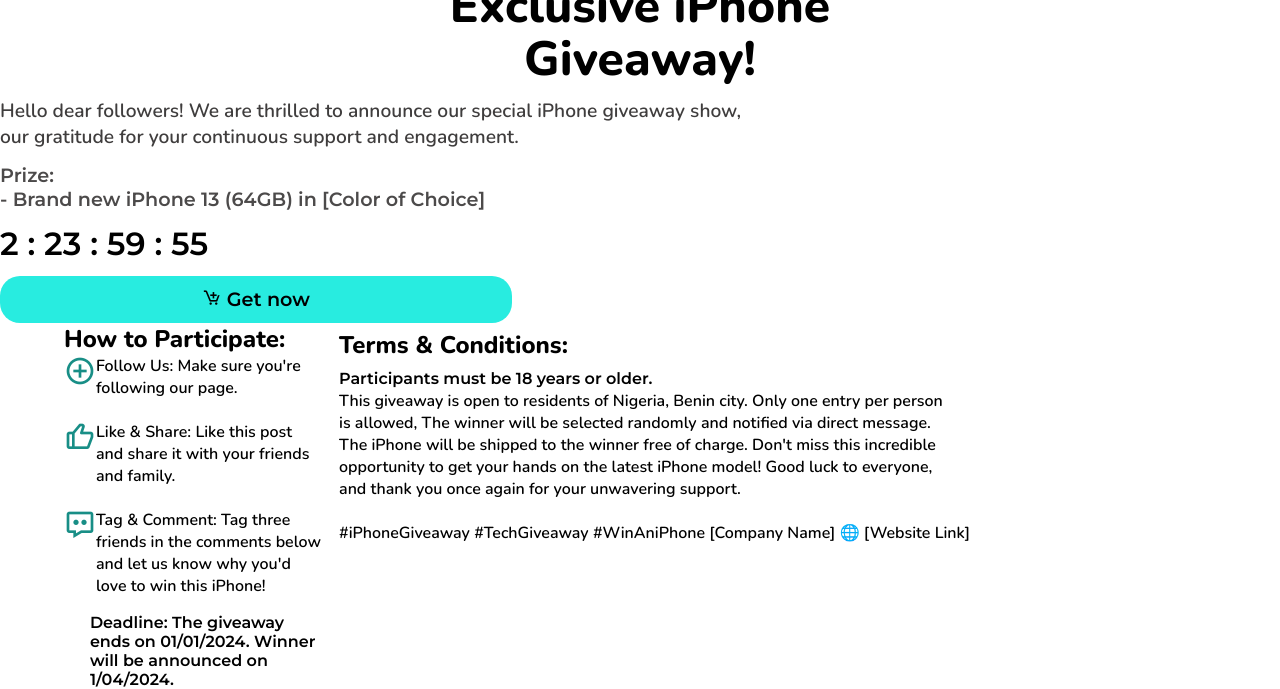
Repository: pasafista/freebie-iphone-webpage
Page: index.html
An editor plug-in stored every save of this project. The page is shown before and after a run of saves, followed by the edit.
The browser window is 1280 px wide. The pictures show the part of the page from y = 792 to 1481 px (the page is 1481 px tall before and 1446 px after).
A picture or video elsewhere on the page could not be fetched, so the positions and the page height are approximate.

Above is the page before, as saved 2024-01-02 00:42:57.

### index.html
<!DOCTYPE html>
<html lang="en">
  <head>
    <meta charset="UTF-8" />
    <title>Three-Day Timer</title>
    <link
      href="https://unpkg.com/boxicons@2.1.4/css/boxicons.min.css"
      rel="stylesheet"
    />
    <link rel="preconnect" href="https://fonts.googleapis.com" />
    <link rel="preconnect" href="https://fonts.gstatic.com" crossorigin />
    <link
      href="https://fonts.googleapis.com/css2?family=Montserrat:wght@600&family=Nunito:wght@600;800&display=swap"
      rel="stylesheet"
    />
    <link rel="stylesheet" href="style.css" />
    <script src="script.js"></script>
  </head>
  <body>
    <section class="main">

      <div class="hero-image-container">
        <img
          src="https://i.pinimg.com/474x/2d/cf/68/2dcf689ceba46c826341fbc847af2764.jpg"
          class="hero-image"
        />
      </div>

      <div class="hero-txt">
        <h1>Exclusive <span class="h1">iPhone</span> <br />Giveaway!</h1>
        <div class="top">
          Hello dear followers! We are thrilled to announce our special iPhone
          giveaway show,
          <br />
          our gratitude for your continuous support and engagement.
        </div>
        <div class="bottom">
          Prize:<br />- Brand new iPhone 13 (64GB) in [Color of Choice]
        </div>
        <div class="timer" id="timer">
          <span class="days">3</span> : <span class="hours">00</span> :
          <span class="minutes">00</span> :
          <span class="seconds">00</span>
        </div>

        <button><i class="bx bx-cart-add"></i> Get now</button>
      </div>

    </section>
    <section class="foot">
      <div class="Participate">
        <h1>How to Participate:</h1>
        <ul>
          <li>
            <i class="bx bx-plus-circle"></i> Follow Us: Make sure you're
            following our page.
          </li>
          <br />
          <li>
            <i class="bx bx-like"></i> Like & Share: Like this post and share it
            with your friends and family.
          </li>
          <br />
          <li>
            <i class="bx bx-message-dots"></i>Tag & Comment: Tag three friends
            in the comments below and let us know why you'd love to win this
            iPhone!
          </li>
        </ul>
        <div class="info2">
          <!-- The content will be dynamically updated by JavaScript -->
        </div>
      </div>
      <div class="TC">
        <h1>Terms & Conditions:</h1>
        <p class="para">
          <span class="tiny"> Participants must be 18 years or older. </span
          ><br />
        </p>
        <div class="para-block">
          This giveaway is open to residents of Nigeria, Benin city. Only one
          entry per person is allowed, The winner will be selected randomly and
          notified via direct message. The iPhone will be shipped to the winner
          free of charge. Don't miss this incredible opportunity to get your
          hands on the latest iPhone model! Good luck to everyone, and thank you
          once again for your unwavering support.
        </div>
        <br />
        #iPhoneGiveaway #TechGiveaway #WinAniPhone [Company Name] 🌐 [Website
        Link]
      </div>
    </section>
  </body>
</html>

### style.css
* {
  margin: 0;
  padding: 0;
  box-sizing: border-box;
}

.main {
  display: flex;
  flex-direction: row-reverse;
  align-items: center;
  margin: auto;
}

.hero-image-container {
  width: 40%;
} /* this is a div class name for the hero image, i used this to create a flexbox */

.hero-image {
  width: 100%;
} /*this is the hero image, it is set to 100% so that the image will occupy the space available in the hero image container*/

.hero-txt {
  width: 50%;
  display: flex;
  flex-direction: column;
  justify-content: center;
  align-items: left;
  gap: 0.8em;
}

.hero-txt h1 {
  font-size: 3rem;
  font-family: "Nunito", sans-serif;
  line-height: 1.1em;
}

.h1:hover {
  color: #28ece0;
  cursor: pointer;
}

.top {
  font-size: 1.2rem;
  font-family: "Nunito", sans-serif;
  color: rgb(63, 61, 61);
}

.bottom {
  font-size: 1.2rem;
  font-family: "Montserrat", sans-serif !important;
  color: rgb(76, 74, 74);
}

button {
  width: 40%;
  padding: 0.6em 0.01em;
  font-size: 1.2em;
  border-radius: 20px;
  font-family: "Montserrat", sans-serif !important;
  border: none;
  outline: none;
  background-color: #28ece0;
}

button:hover {
  cursor: pointer;
  box-shadow: 5px 5px 0px 2px #082f2d;
}

.timer {
  font-family: "Montserrat", sans-serif !important;
  font-size: 2rem;
}

.foot {
  display: flex;
  width: 90%;
  margin: auto;
  gap: 1em;
}

.Participate {
  font-family: "Nunito", sans-serif;
  display: flex;
  flex-direction: column;
}

.info2 {
  margin-top: 1em;
  font-family: "Montserrat", sans-serif !important;
  width: 90%;
  align-self: flex-end;
}

ul li {
  display: flex;
  font-weight: 600;
}

li i {
  color: #188e86;
  font-size: 2rem;
}

.TC h1 {
  font-family: "Nunito", sans-serif;
  margin-bottom: 0.3em;
}

.tiny {
  font-size: 1rem;
  font-family: "Montserrat", sans-serif;
}

.para-block {
  font-size: 1rem;
  width: 70%;
}

.TC {
  margin-top: 0.4em;
  font-family: "Nunito", sans-serif;
}

@media screen and (max-width:320px), (min-width:480px) {
    .main{
display: flex;
flex-direction: column;

    }

    .hero-image-container{
        width: 80%;
    }

    .hero-image{
        width: 100%;
    }

    .hero-txt{
        width: 100%;
    }

    .hero-txt h1{
        text-align: center;
        text-align: ;
    }
}

### script.js
document.addEventListener('DOMContentLoaded', function() {
    var deadline = new Date();
    deadline.setDate(deadline.getDate() + 3); // Set deadline 3 days from now

    function getTimeRemaining(endtime) {
        var total = Date.parse(endtime) - Date.parse(new Date());
        var seconds = Math.floor((total / 1000) % 60);
        var minutes = Math.floor((total / 1000 / 60) % 60);
        var hours = Math.floor((total / (1000 * 60 * 60)) % 24);
        var days = Math.floor(total / (1000 * 60 * 60 * 24));
        return {
            total,
            days,
            hours,
            minutes,
            seconds
        };
    }

    function initializeClock(id, endtime) {
        var clock = document.getElementById(id);
        var daysSpan = clock.querySelector('.days');
        var hoursSpan = clock.querySelector('.hours');
        var minutesSpan = clock.querySelector('.minutes');
        var secondsSpan = clock.querySelector('.seconds');

        function updateClock() {
            var t = getTimeRemaining(endtime);

            daysSpan.innerHTML = t.days;
            hoursSpan.innerHTML = ('0' + t.hours).slice(-2);
            minutesSpan.innerHTML = ('0' + t.minutes).slice(-2);
            secondsSpan.innerHTML = ('0' + t.seconds).slice(-2);

            if (t.total <= 0) {
                clearInterval(timeinterval);
            }
        }

        updateClock();
        var timeinterval = setInterval(updateClock, 1000);
    }

    initializeClock('timer', deadline);

    // Display today's date and the date 3 days from now
    var today = new Date();
    var dd = String(today.getDate()).padStart(2, '0');
    var mm = String(today.getMonth() + 1).padStart(2, '0'); // January is 0!
    var yyyy = today.getFullYear();
    var threeDaysFromNow = new Date(today);
    threeDaysFromNow.setDate(today.getDate() + 3);

    today = mm + '/' + dd + '/' + yyyy;
    threeDaysFromNow = (threeDaysFromNow.getMonth() + 1) + '/' + String(threeDaysFromNow.getDate()).padStart(2, '0') + '/' + threeDaysFromNow.getFullYear();

    // Update the content of the info2 div
    var info2Div = document.querySelector('.info2');
    info2Div.innerHTML = "Deadline: The giveaway ends on " + today + ". Winner will be announced on " + threeDaysFromNow + ".";
});

After the next 5 saves:
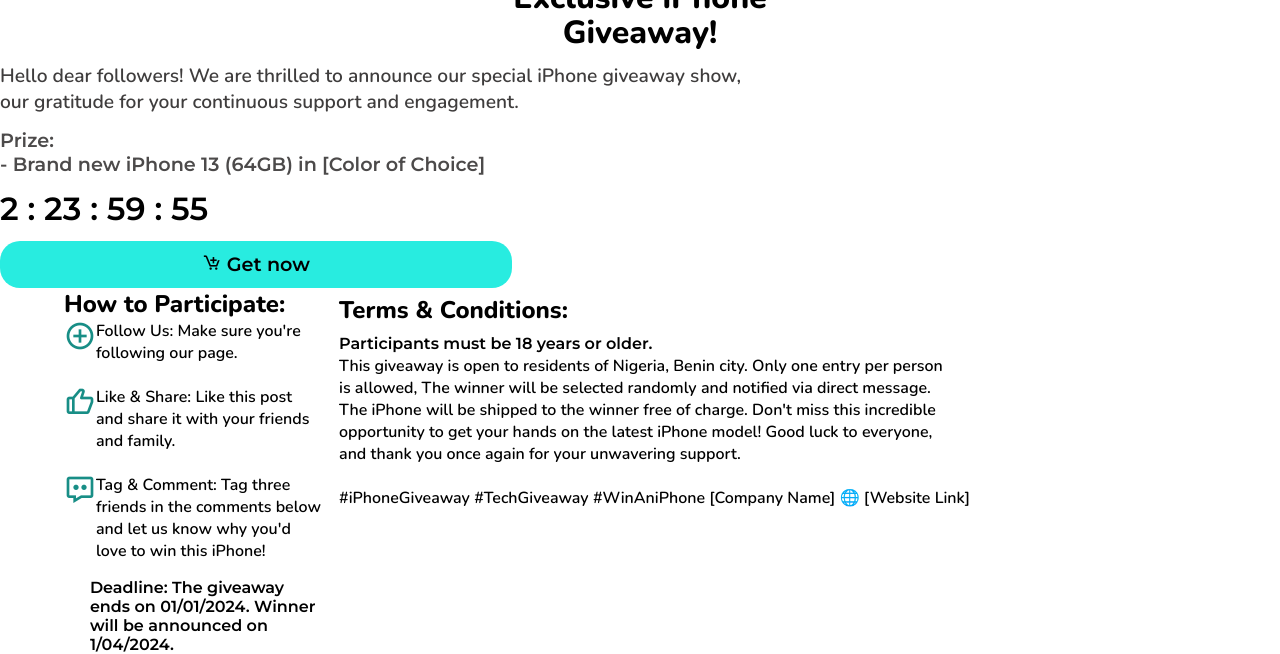
The 5 saves are shown as one change because they came seconds apart.
The last was saved 14 s later.
--- a/style.css
+++ b/style.css
@@ -143,6 +143,6 @@
 
     .hero-txt h1{
         text-align: center;
-        text-align: ;
+        font-size: 2rem;
     }
 }

After the save that followed:
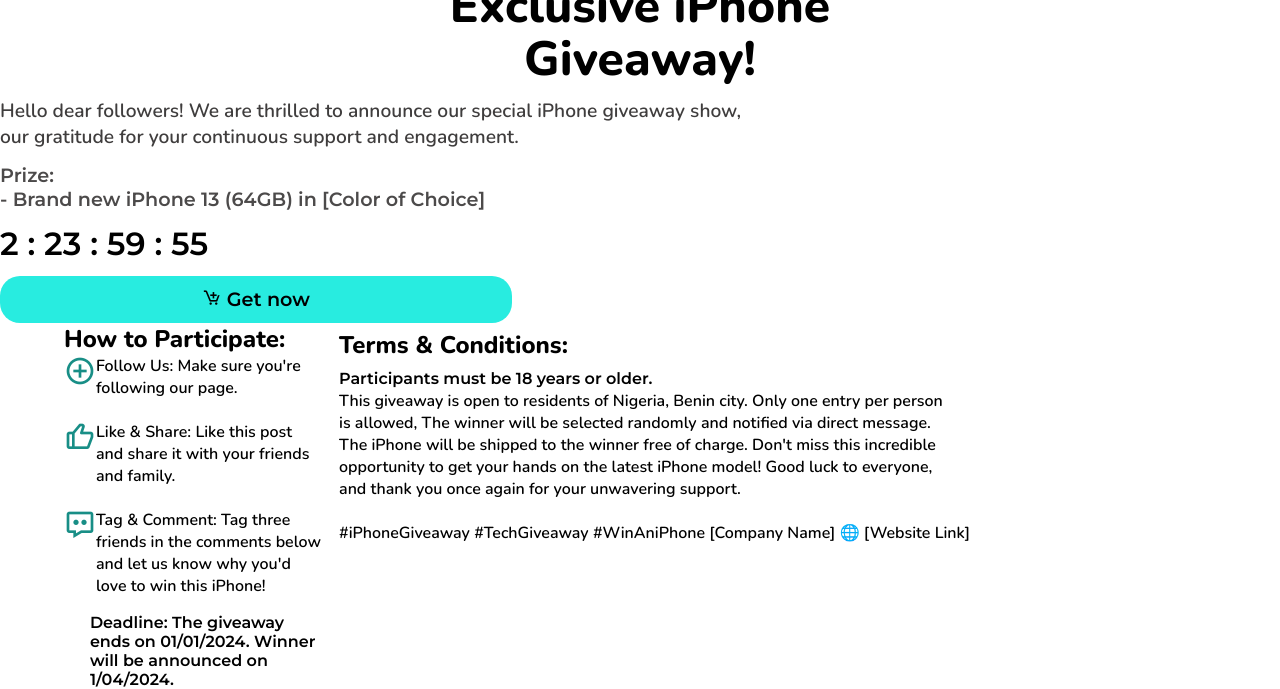
Saved 12 s later.
--- a/style.css
+++ b/style.css
@@ -143,6 +143,6 @@
 
     .hero-txt h1{
         text-align: center;
-        font-size: 2rem;
+        font-size: 3rem;
     }
 }
